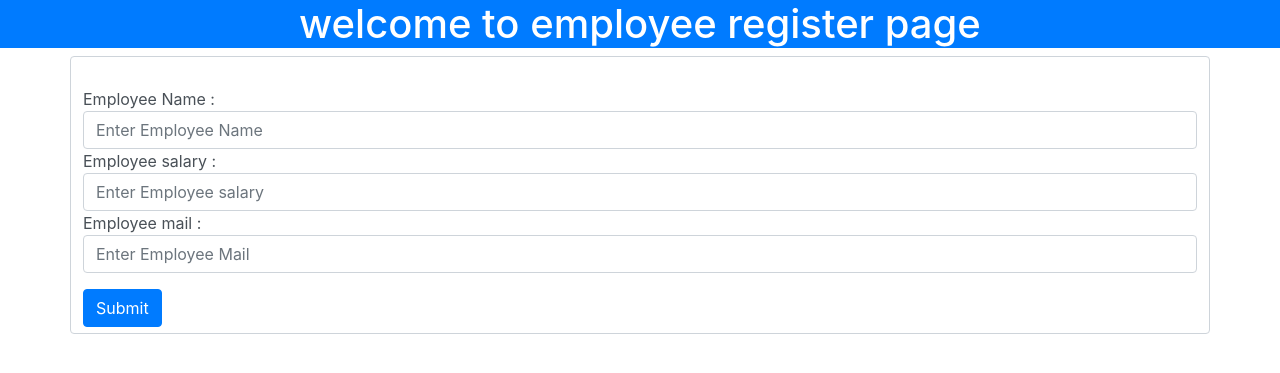
Repository: lokeshsukhwal/EmployeeMiniProject
Page: http://localhost/EmployeeEdit
An editor plug-in stored every save of this project. The page is shown before and after the next save, followed by the edit.
The browser window is 1280 px wide. The pictures show the whole page.
The page is this project's Thymeleaf template; nobody is signed in. The template is opened directly, without the code that normally fills it, so the values that code supplies are empty.

Above is the page before, as saved 2023-01-16 11:55:48.

### SpringBootMvc-ThymeleafMySqlCrudMiniProject/src/main/resources/templates/EmployeeEdit.html
<!DOCTYPE html>
<html>
<head>
<meta charset="ISO-8859-1">
<title>Employee register page</title>
<link rel="stylesheet"
	href="https://cdn.jsdelivr.net/npm/bootstrap@4.0.0/dist/css/bootstrap.min.css"
	integrity="sha384-Gn5384xqQ1aoWXA+058RXPxPg6fy4IWvTNh0E263XmFcJlSAwiGgFAW/dAiS6JXm"
	crossorigin="anonymous">
</head>
<body>
	<h1 class="bg-primary text-white text-center">welcome to employee
		register page</h1>
	<div class="container form-control">
		<form action="save" method="post" class="mt-4">
			Employee Name : <input type="text" name="empName"
				class="form-control" placeholder="Enter Employee Name">
			Employee salary : <input type="text" name="empSalary"
				class="form-control" placeholder="Enter Employee salary">
			Employee mail : <input type="email" name="empMail"
				class="form-control" placeholder="Enter Employee Mail">

		<button type="submit" class="btn btn-primary mt-3">Submit</button>

		</form>
	</div>

</body>
</html>

After the next save:
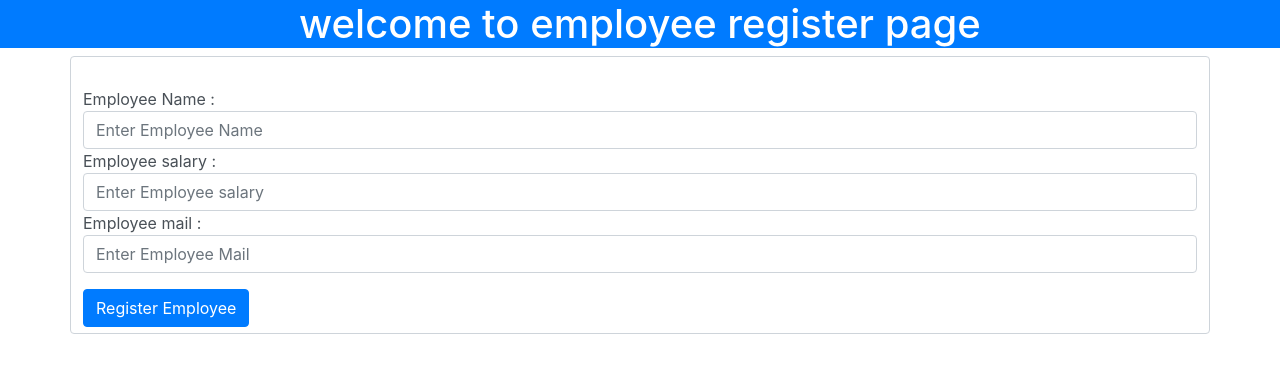
Saved 14 s later.
--- a/SpringBootMvc-ThymeleafMySqlCrudMiniProject/src/main/resources/templates/EmployeeEdit.html
+++ b/SpringBootMvc-ThymeleafMySqlCrudMiniProject/src/main/resources/templates/EmployeeEdit.html
@@ -20,7 +20,7 @@
 			Employee mail : <input type="email" name="empMail"
 				class="form-control" placeholder="Enter Employee Mail">
 
-		<button type="submit" class="btn btn-primary mt-3">Submit</button>
+		<button type="submit" class="btn btn-primary mt-3">Register Employee</button>
 
 		</form>
 	</div>
